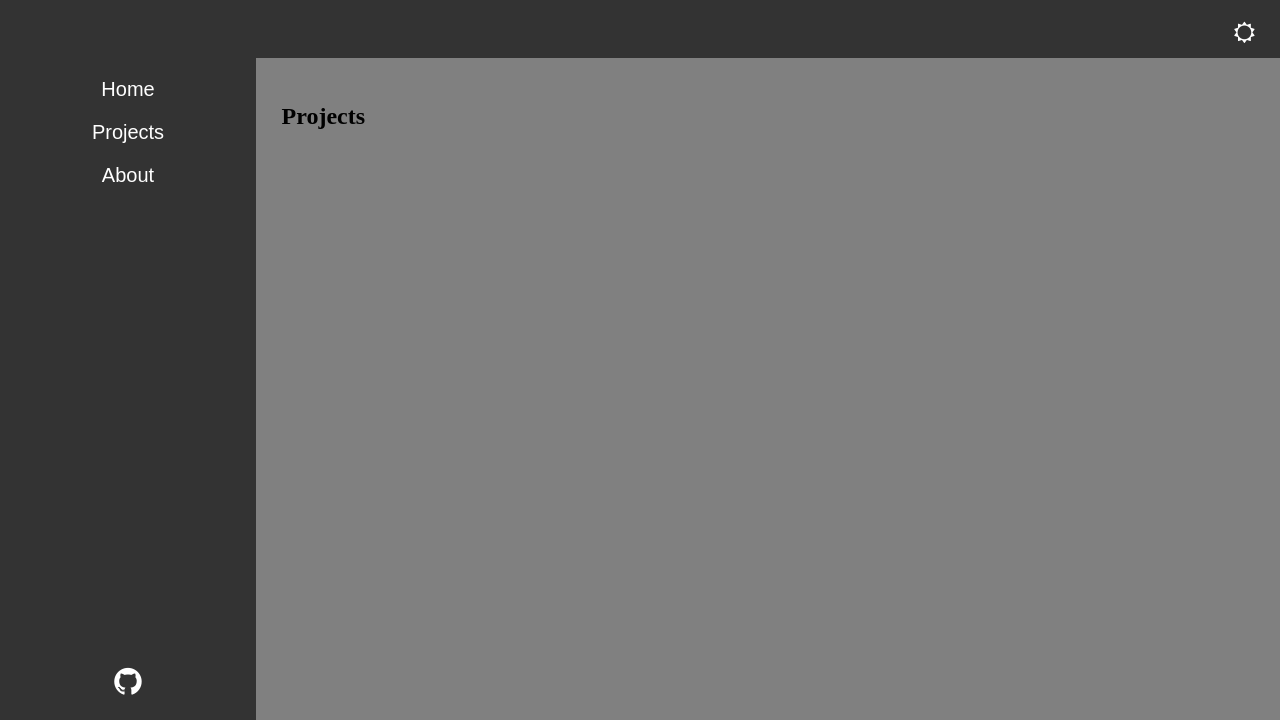
Repository: josephinel6/josephinel6.github.io
Page: index.html
The author's editor kept a copy of each file at every save. The page is drawn from the files as they stood at one save, then again after the next save.
The browser window is 1280 px wide. The pictures show the whole page.

Above is the page before, as saved 2023-04-05 08:54:52.

### index.html
<!DOCTYPE html>
<html>

<head>
    <style>
        :root.light {
            --color-bg: white;
            --color-menu-text: black;
            --color-page-bg: darkgray;
            --color-obj-bg: gray;
            --color-title-text: black;
            --color-gen-text: black;
        }

        :root.dark {
            --color-bg: #333333;
            --color-menu-text: white;
            --color-page-bg: gray;
            --color-obj-bg: darkgray;
            --color-title-text: white;
            --color-gen-text: white;
            --color-menu-hover: black;
        }

        /* :root {
            --color-bg: black;
        } */

        html,
        body {
            height: 100%;
            width: 100%;
            overflow: hidden;
            margin: 0;
            position: relative;
            /* border-color: blue;
            border-radius: 10px;
            border-style: solid; */
            padding: 0;
        }

        #menu {
            height: 100%;
            width: 20%;
            position: absolute;
            z-index: 1;
            top: 0;
            bottom: 0;
            background-color: var(--color-bg);
        }

        #topbar {
            width: 100%;
            height: 8%;
            background-color: var(--color-bg);
            position: absolute;
        }

        .menutext {
            color: var(--color-menu-text);
            font-family: sans-serif;
            font-size: 20px;
        }

        .menutext:hover {
            cursor: pointer;
            color: var(--color-menu-hover);
        }

        .fa-github {
            color: var(--color-menu-text);
        }

        #window {
            background-color: var(--color-page-bg);
            position: absolute;
            height: 92%;
            width: 80%;
            right: 0;
            bottom: 0;
        }

        .tabcontent {
            height: 100%;
            width: 100%;
            position: absolute;

            margin-top: 2.5%;
            margin-left: 2.5%;
        }

        .projectbutton {
            /* height: 175px; */
            width: 95%;
            position: absolute;
            background-color: var(--color-obj-bg);
            border-radius: 10px;
            font-family: sans-serif;
            font-size: 30px;
        }

        .projectbutton:hover {
            cursor: pointer;
        }

        .projectbuttontitle {
            margin-left: 3%;
            margin-top: 3%;
            margin-bottom: -1.5%;
            color: var(--color-title-text);
        }

        #day-night {
            color: var(--color-menu-text);
            z-index: 2;
            position: absolute;
            top: 25px;
            right: 25px;
        }

        .projectbuttondesc {
            font-family: sans-serif;
            font-size: 20px;
            margin: 3%;
            color: var(--color-gen-text);
        }

        #day-night:hover {
            cursor: pointer;
        }

        /* .fa-2x {
            height: 20px !important;
        } */
    </style>
    <link rel="stylesheet" href="https://cdnjs.cloudflare.com/ajax/libs/font-awesome/4.7.0/css/font-awesome.min.css">
    <script type="module" src="https://cdn.jsdelivr.net/gh/zerodevx/zero-md@2/dist/zero-md.min.js"></script>
    <script type="module" src="https://md-block.verou.me/md-block.js"></script>
</head>

<body>
    <div id="menu">
        <div style="position:absolute; top: 8%; width: 100%; text-align: center;">

            <p class="menutext" onclick="openpage('homepage')"> Home </p>
            <p class="menutext" onclick="openpage('projectbuttons')"> Projects </p>
            <p class="menutext" onclick="openpage('aboutpage')"> About </p>

        </div>

        <div style="position:absolute; bottom:3%; width: 100%; text-align: center;">
            <a href="https://github.com/josephinel6" class="fa fa-github fa-2x" style="text-decoration: none;"></a>
        </div>
    </div>
    <div id="topbar">
        <i onclick="daynight()" class="fa fa-sun-o fa-lg" id="day-night"></i>
    </div>
    <div id="window">
        <div id="homepage" class="tabcontent">
            <h2> Projects </h2>
        </div>
        <div id="projectbuttons" class="tabcontent">
            <div class="projectbutton" onclick="openpage('weatherAPI')">
                <h2 class="projectbuttontitle"> Weather API </h2>
                <p class="projectbuttondesc"> My first project with APIs. </p>
            </div>
        </div>
        <zero-md src="https://josephinel6.github.io/weatherAPI.md" class="tabcontent" id="weatherAPI"></zero-md>
        <div class="tabcontent" id="aboutpage">
            <zero-md src="https://josephinel6.github.io/about.md"></zero-md>
        </div>
        <script>
            var night;

            window.onload = function () {
                var night = true;
                document.documentElement.classList.remove("light")
                document.documentElement.classList.add("dark")
                window.localStorage.setItem('mode', 'dark');
                console.log("dark")
                tabcontent = document.getElementsByClassName("tabcontent");
                for (i = 0; i < tabcontent.length; i++) {
                    tabcontent[i].style.display = "none";
                }
                document.getElementById("homepage").style.display = "block";
            }

            function openpage(pageName) {
                var i, tabcontent, tablinks;
                tabcontent = document.getElementsByClassName("tabcontent");
                for (i = 0; i < tabcontent.length; i++) {
                    tabcontent[i].style.display = "none";
                }
                tablinks = document.getElementsByClassName("tablink");
                for (i = 0; i < tablinks.length; i++) {
                    tablinks[i].style.backgroundColor = "";
                }
                document.getElementById(pageName).style.display = "block";

                document.body.scrollTop = 0;
                document.documentElement.scrollTop = 0;
            }

            function daynight() {
                var daynight = document.getElementById("day-night");
                if (night == true) {
                    daynight.classList.remove("fa-sun-o");
                    daynight.classList.add("fa-moon-o");
                    night = false;
                    document.documentElement.classList.remove("dark")
                    document.documentElement.classList.add("light")
                    window.localStorage.setItem('mode', 'light');
                }
                else {
                    daynight.classList.remove("fa-moon-o");
                    daynight.classList.add("fa-sun-o");
                    night = true;
                    document.documentElement.classList.remove("light")
                    document.documentElement.classList.add("dark")
                    window.localStorage.setItem('mode', 'dark');
                }
            }
        </script>

</body>

</html>

After the next save:
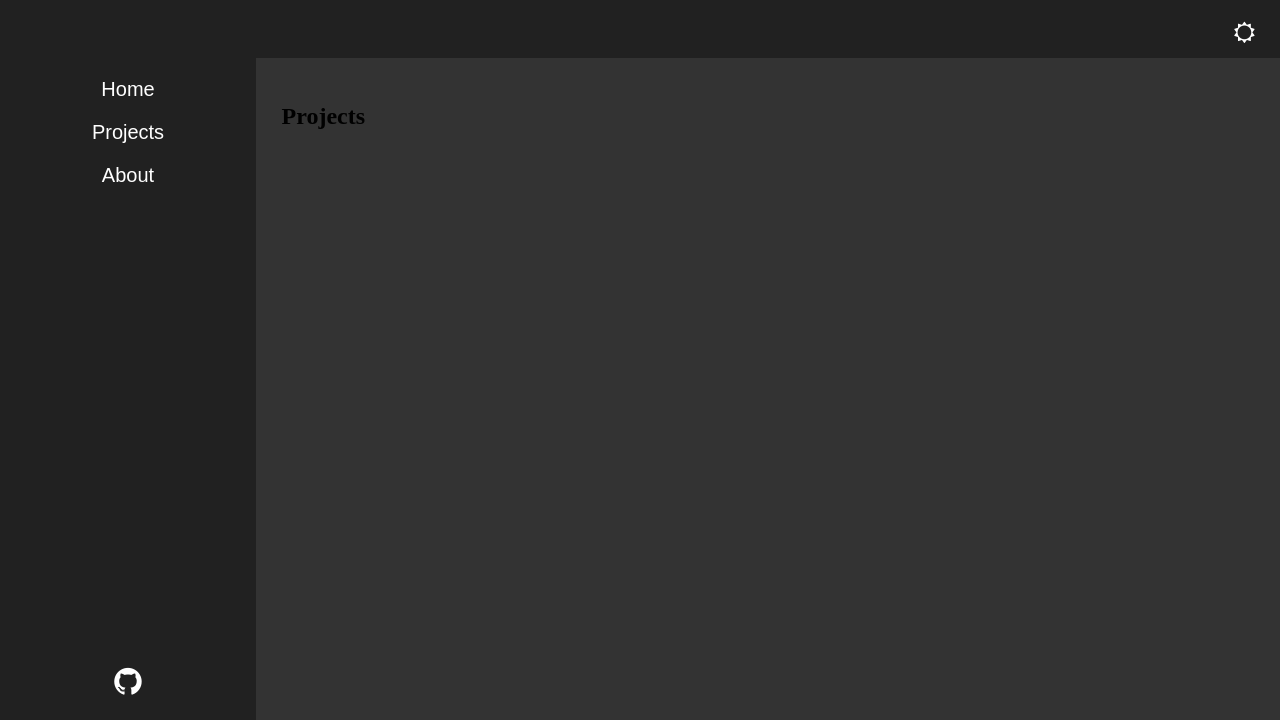
Saved 23 s later.
--- a/index.html
+++ b/index.html
@@ -13,9 +13,9 @@
         }
 
         :root.dark {
-            --color-bg: #333333;
+            --color-bg: #212121;
             --color-menu-text: white;
-            --color-page-bg: gray;
+            --color-page-bg: #333333;
             --color-obj-bg: darkgray;
             --color-title-text: white;
             --color-gen-text: white;
